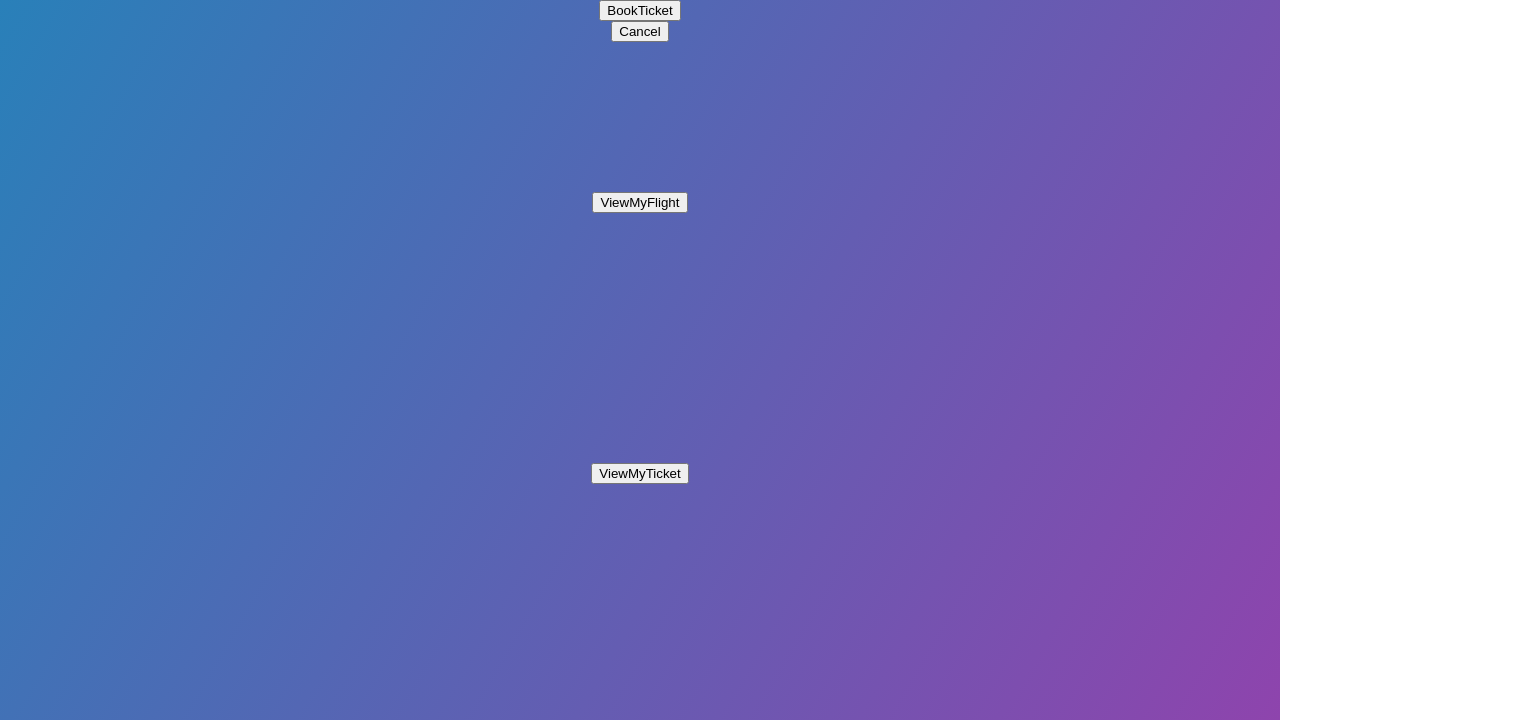
Repository: kalpesh3070/backend2
Page: flyaway/src/main/webapp/main.html
An editor plug-in stored every save of this project. The page is shown before and after the next save, followed by the edit.
The browser window is 1280 px wide. The page is 1280 px wide, then 1530 px, so the pictures cover 1530 px, including what lies to the right of the window. The pictures show the whole page.

Above is the page before, as saved 2022-11-14 16:13:40.

After the next save:
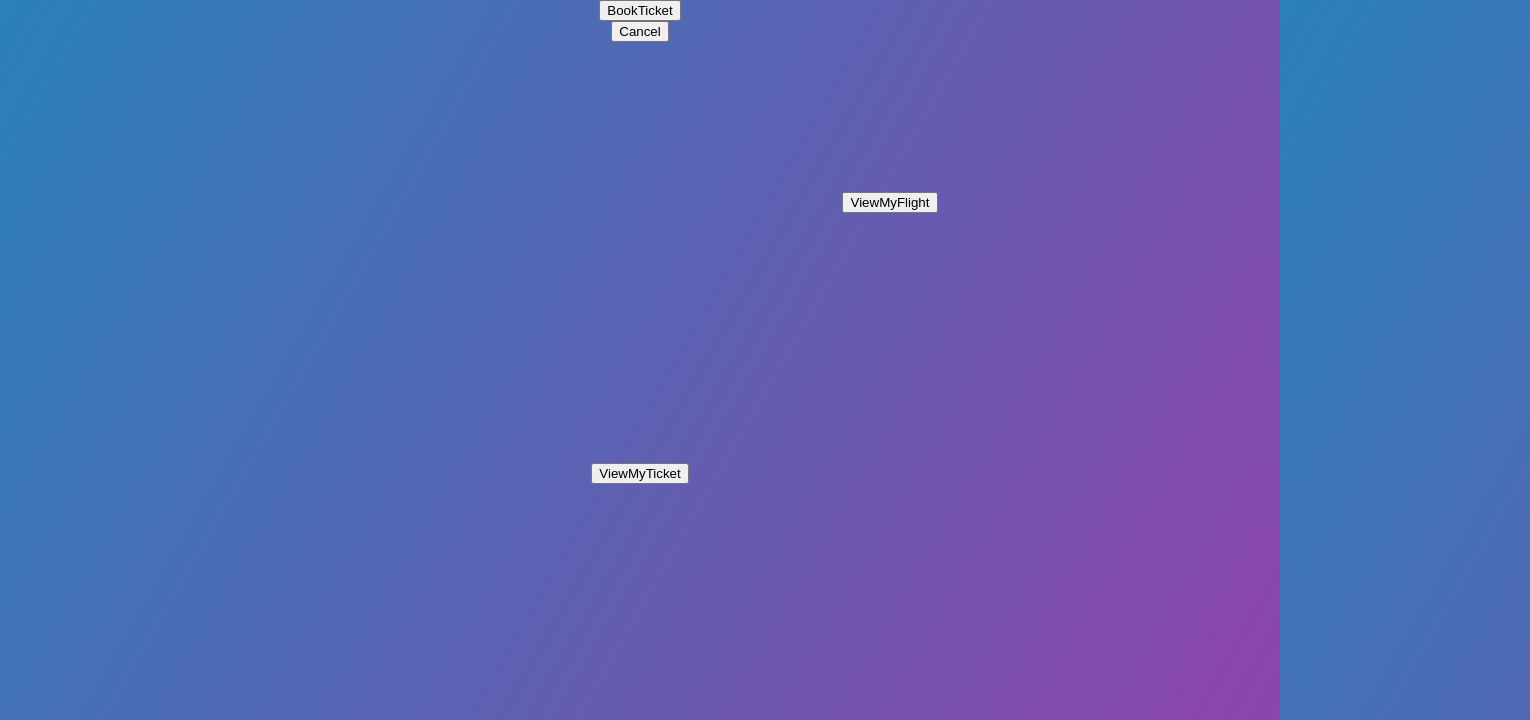
Saved 23 s later.
--- a/flyaway/src/main/webapp/main.css
+++ b/flyaway/src/main/webapp/main.css
@@ -15,6 +15,6 @@ overflow:hidden;
 }
 .view{
 	width : 100%;
-	margin:150px auto;
+	margin:150px 250px;
 	size: 500px;
 }
